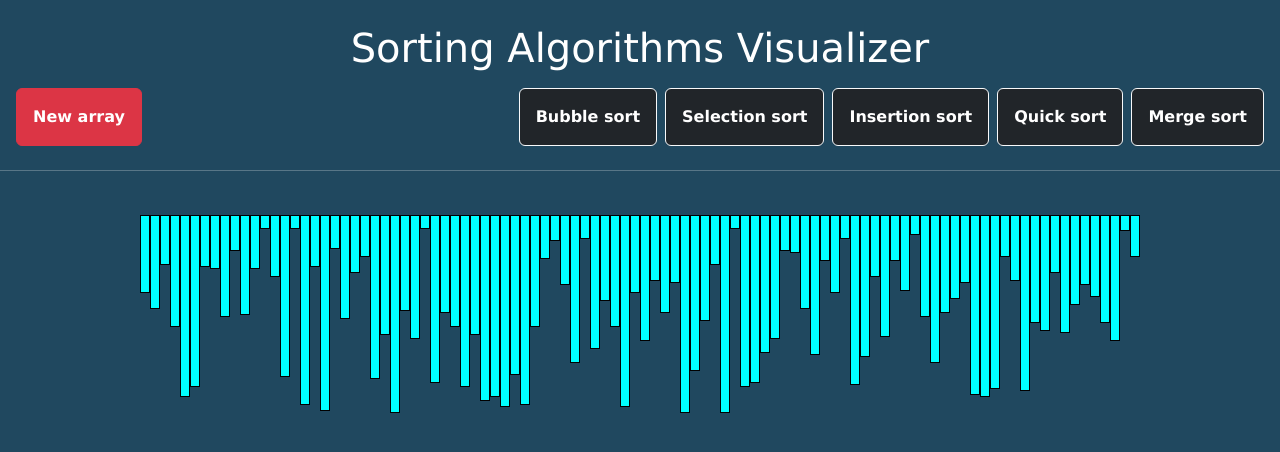
Repository: Vasil1001/Sorting-Algorithms-Visualizer-js
Page: views/index.html
An editor plug-in stored every save of this project. The page is shown before and after a run of saves, followed by the edit.
The browser window is 1280 px wide. The pictures show the whole page.

Above is the page before, as saved 2022-11-03 17:56:03.

After the next 4 saves:
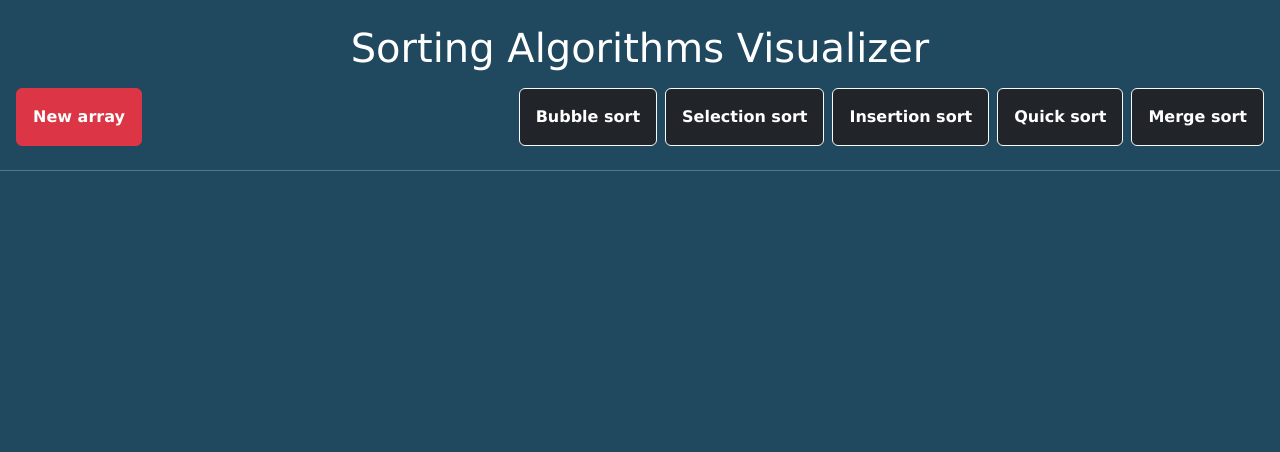
Console error: SyntaxError: Unexpected end of input
The 4 saves are shown as one change because they came seconds apart.
The last was saved 3 min 17 s later.
--- a/sort_algos_js_files/index.js
+++ b/sort_algos_js_files/index.js
@@ -33,3 +33,5 @@ function createBarArray() {
         bars.appendChild(bar);
     }
 }
+
+newArray,

After the save that followed:
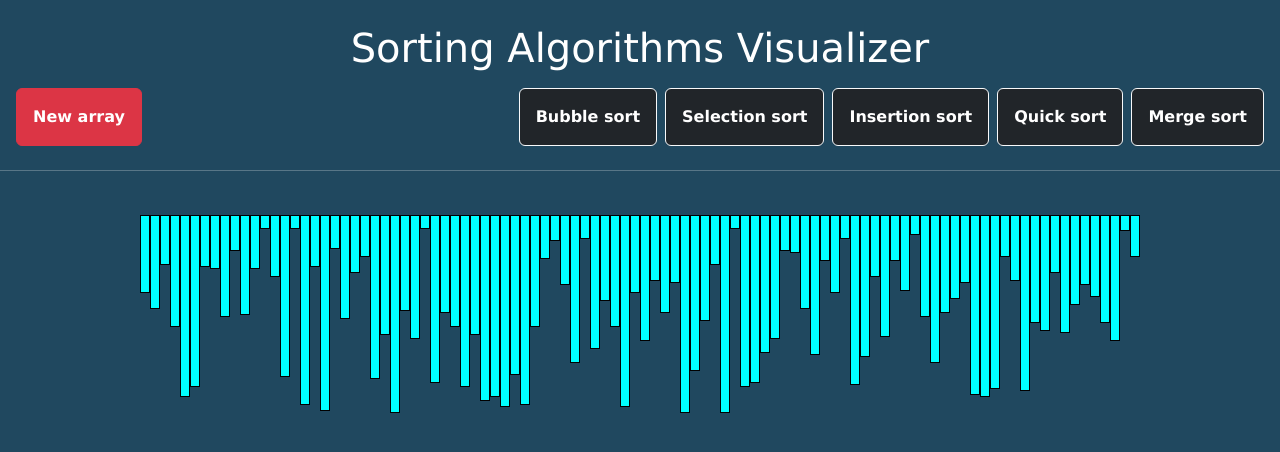
Console error: TypeError: Cannot read properties of null (reading 'addEventListener')
Saved 9 s later.
--- a/sort_algos_js_files/index.js
+++ b/sort_algos_js_files/index.js
@@ -34,4 +34,4 @@ function createBarArray() {
     }
 }
 
-newArray,
+document.getElementById("myBtn").addEventListener("click", displayDate);
